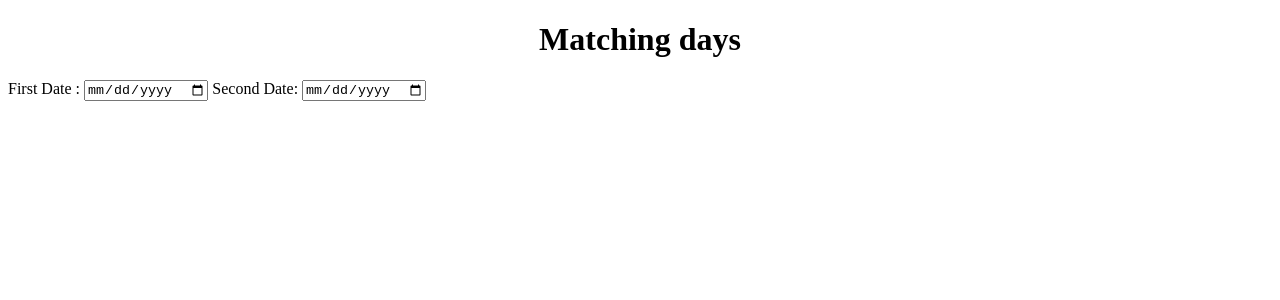
Repository: lasity34/matching-days
Page: index.html
These files come from the project's save history. The page is drawn as it stood at one moment and after the next save; the edit follows.
The browser window is 1280 px wide. The pictures show the whole page.
Some web libraries are served in a nearby version.

Above is the page before, as saved 2023-05-10 10:10:20.
Console error: TypeError: Cannot set properties of null (setting 'innerHTML')

After the next save:
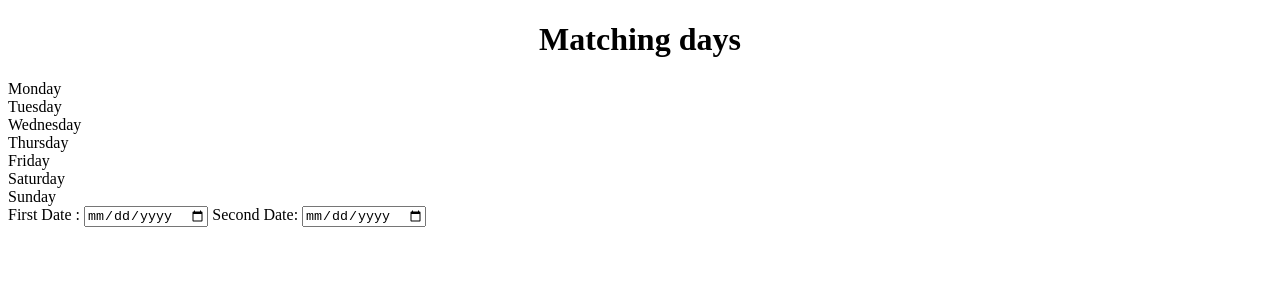
The error is gone.
Saved 11 s later.
--- a/matching-days.js
+++ b/matching-days.js
@@ -5,7 +5,7 @@ document.addEventListener("DOMContentLoaded", function() {
 
     const template_source = document.querySelector("#days_template").innerHTML
     const days_template = Handlebars.compile(template_source)
-    const days_data_display = document.querySelector("#days_container")
+    const days_data_display = document.querySelector(".days_container")
 
     const daysData = {
         different_days: [
